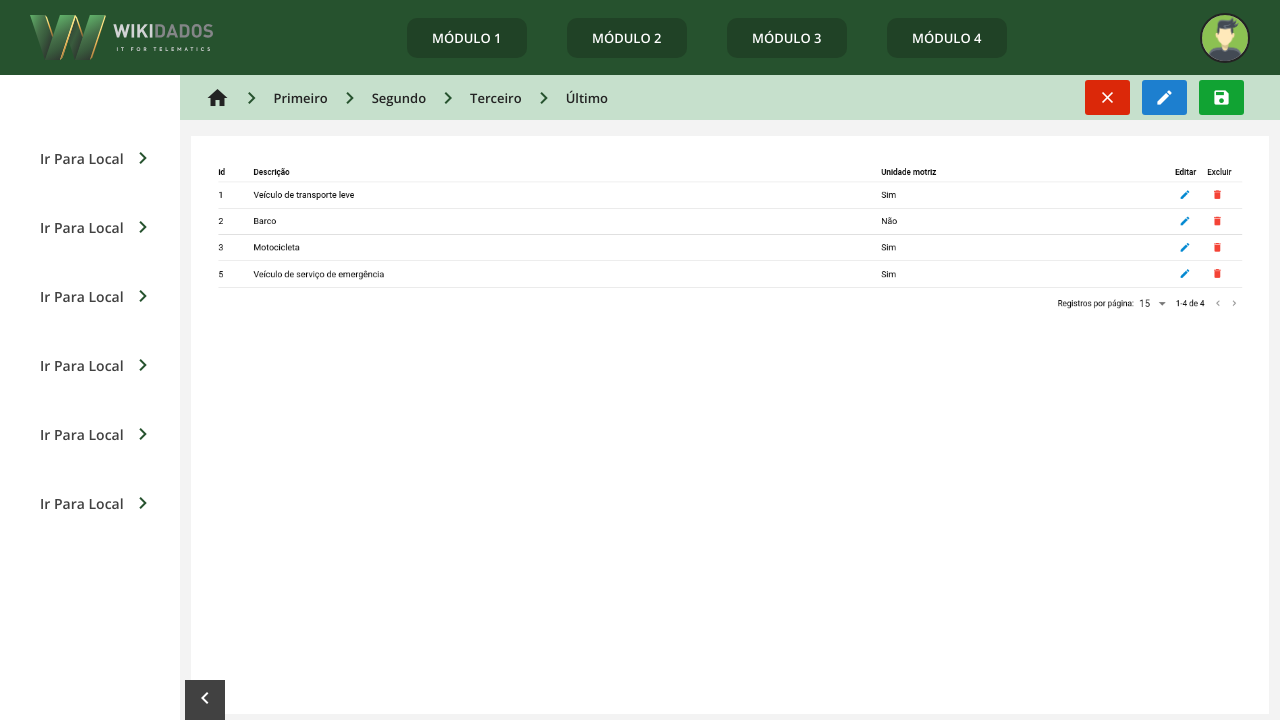
Repository: AlexDjon/alexdjon.github.io
Page: wiki-relayout/index.html
An editor plug-in stored every save of this project. The page is shown before and after the next save, followed by the edit.
The browser window is 1280 px wide. The pictures show the whole page.

Above is the page before, as saved 2020-08-12 16:41:48.

After the next save:
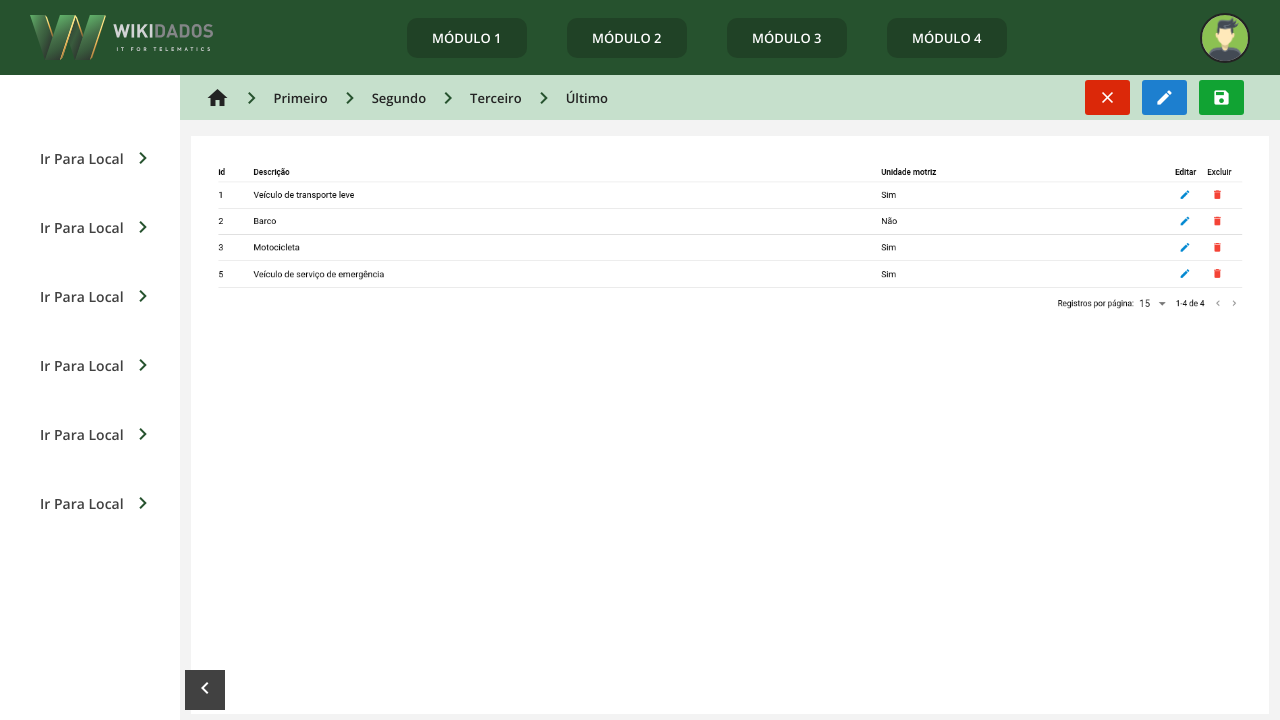
Saved 16 s later.
--- a/wiki-relayout/css/styles.css
+++ b/wiki-relayout/css/styles.css
@@ -151,7 +151,7 @@ body {
 }
 .navbar .close {
   position: absolute;
-  bottom: 0;
+  bottom: 10px;
   width: 40px;
   height: 40px;
   background: var(--black2);
